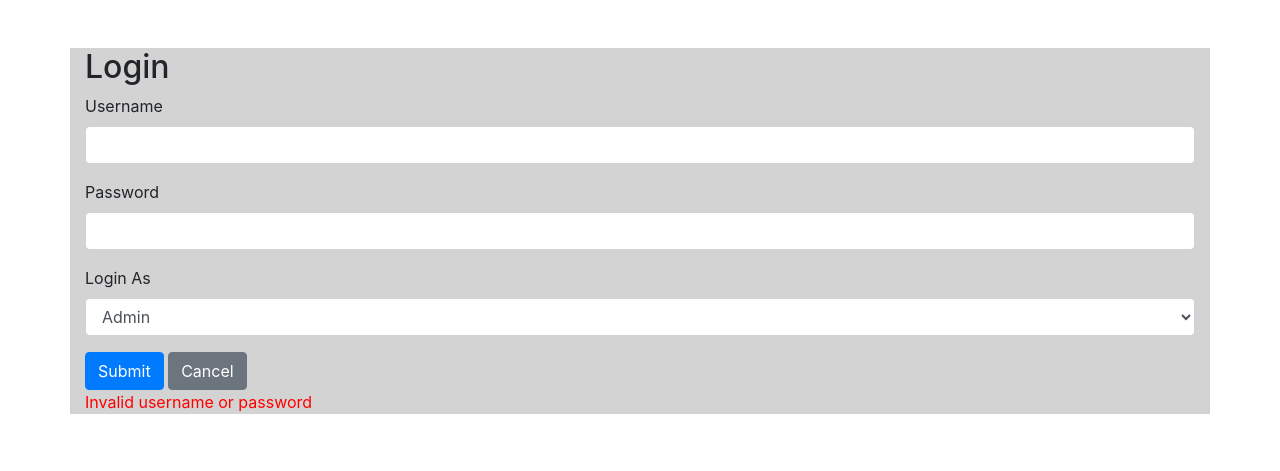
Repository: SuyashAwasthy/Javaee
Page: http://localhost/13-bank-application-mvc/login.jsp
The author's editor kept a copy of each file at every save. The page is drawn from the files as they stood at one save, then again after the next save.
The browser window is 1280 px wide. The pictures show the whole page.
The page is served by Tomcat 9.

Above is the page before, as saved 2024-07-22 11:40:21.

After the next save:
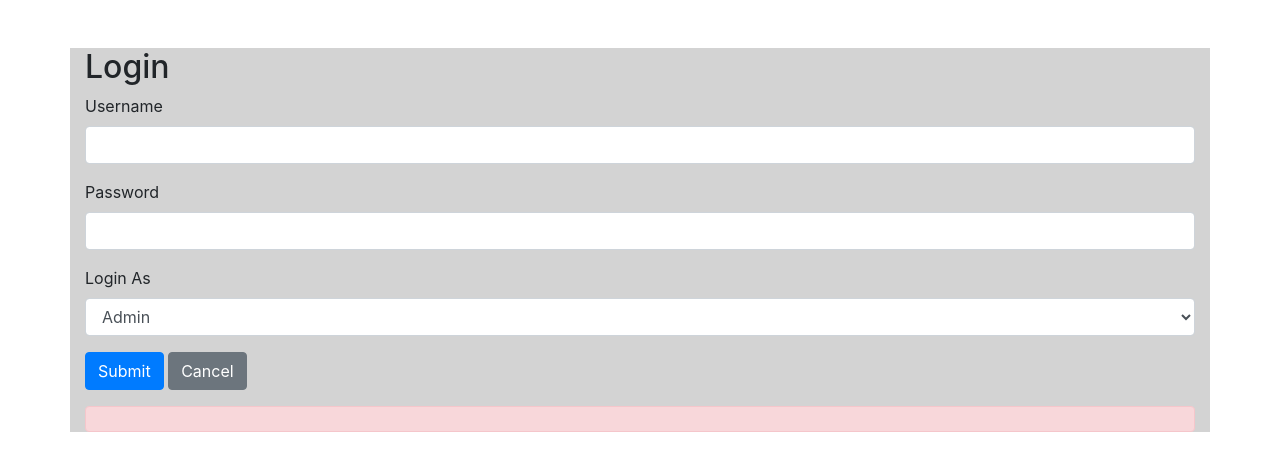
Saved 4 min 16 s later.
--- a/13-bank-application-mvc/WebContent/login.jsp
+++ b/13-bank-application-mvc/WebContent/login.jsp
@@ -34,9 +34,11 @@
 			</div>
 			<button type="submit" class="btn btn-primary">Submit</button>
 			<button type="reset" class="btn btn-secondary">Cancel</button>
-			<c:if test="${param.error != null}">
-				<p style="color: red;">Invalid username or password</p>
-			</c:if>
+			<c:if test="${not empty errorMessage}">
+            <div class="alert alert-danger mt-3">
+                ${errorMessage}
+            </div>
+        </c:if>
 		</form>
 	</div>
 </body>
